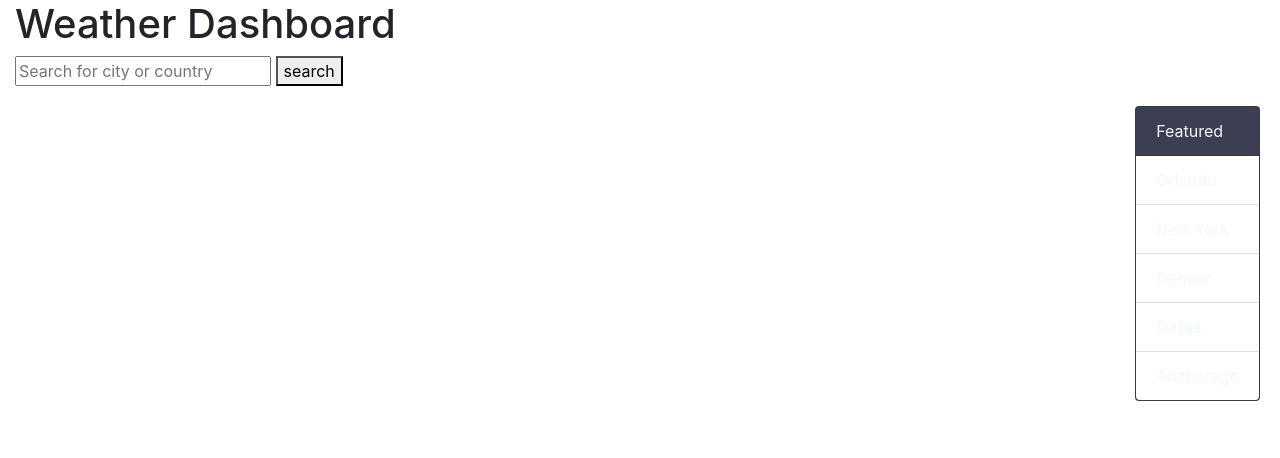
Repository: cobalt88/weather-forecast-app
Page: index.html
These files come from the project's save history. The page is drawn as it stood at one moment and after the next save; the edit follows.
The browser window is 1280 px wide. The pictures show the whole page.
Some web libraries are served in a nearby version.

Above is the page before, as saved 2022-05-21 16:46:13.

After the next save:
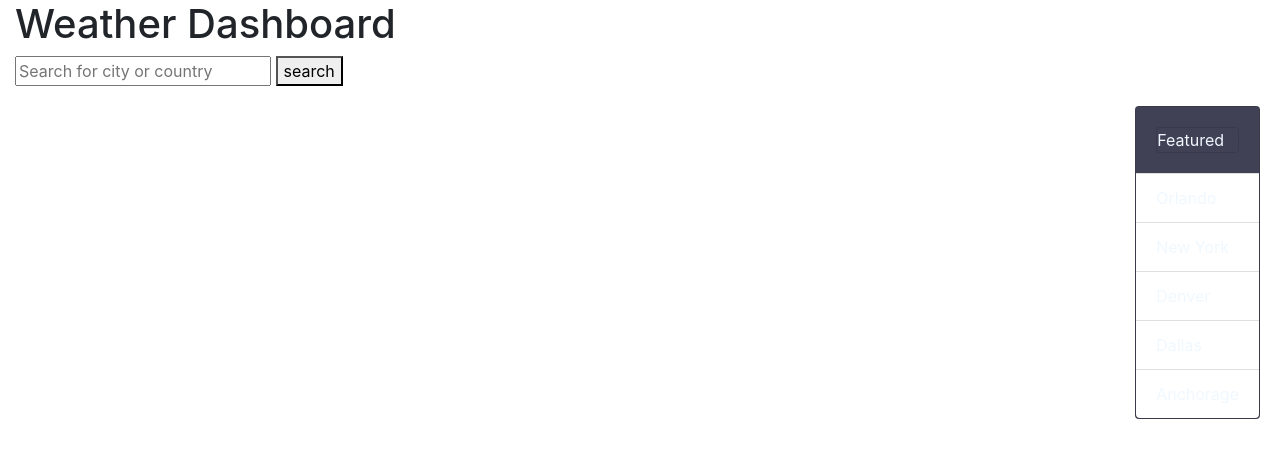
Saved 52 s later.
--- a/assets/logic_2.js
+++ b/assets/logic_2.js
@@ -168,6 +168,7 @@ $("#search-button").on("click", function () {
 
 $(document).ready(function(){
   history.innerHTML = `
+  <div class="card" id="history"
   <div class="card-header">
     Featured
   </div>
@@ -178,6 +179,7 @@ $(document).ready(function(){
     <li class="list-group-item"> ${historyArr[3]} </li>
     <li class="list-group-item"> ${historyArr[4]} </li>
   </ul>
+  </div>
 `;
 
 console.log(historyArr[0])
